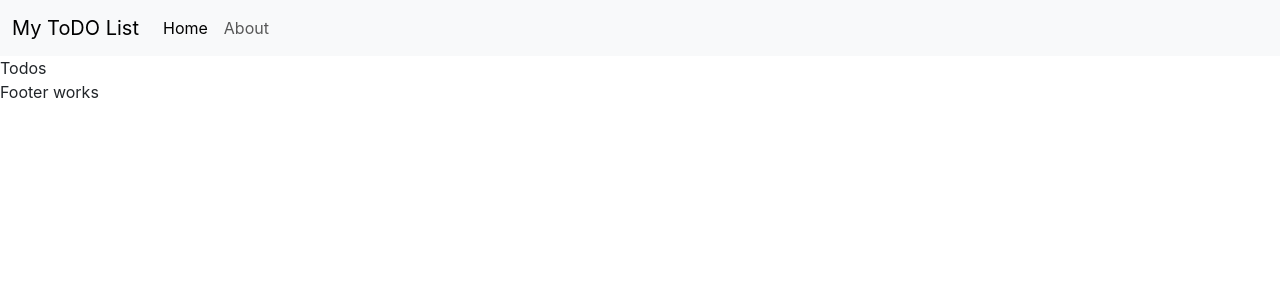
Repository: AshwinUgale/ToDoList
Page: /
These files come from the project's save history. The page is drawn as it stood at one moment and after the next save; the edit follows.
The browser window is 1280 px wide. The pictures show the whole page.
The project was rebuilt for these pictures with package versions that can differ from the ones it lists, and the page was loaded fresh each time. Also part of the build but not shown: src/App.css.

Above is the page before, as saved 2024-12-20 22:59:37.

### public/index.html
<!DOCTYPE html>
<html lang="en">
  <head>
    <meta charset="utf-8" />
    <link rel="icon" href="%PUBLIC_URL%/favicon.ico" />
    <meta name="viewport" content="width=device-width, initial-scale=1" />
    <meta name="theme-color" content="#000000" />
    <meta
      name="description"
      content="Web site created using create-react-app"
    />
    <link rel="apple-touch-icon" href="%PUBLIC_URL%/logo192.png" />

    <link rel="manifest" href="%PUBLIC_URL%/manifest.json" />
    <link href="https://cdn.jsdelivr.net/npm/bootstrap@5.3.3/dist/css/bootstrap.min.css" rel="stylesheet" integrity="sha384-QWTKZyjpPEjISv5WaRU9OFeRpok6YctnYmDr5pNlyT2bRjXh0JMhjY6hW+ALEwIH" crossorigin="anonymous">
    <title>Todos List</title>
  </head>
  <body>
    <noscript>You need to enable JavaScript to run this app.</noscript>
    <div id="root"></div>


  </body>
  <script src="https://cdn.jsdelivr.net/npm/bootstrap@5.3.3/dist/js/bootstrap.bundle.min.js" integrity="sha384-YvpcrYf0tY3lHB60NNkmXc5s9fDVZLESaAA55NDzOxhy9GkcIdslK1eN7N6jIeHz" crossorigin="anonymous"></script>
</html>

### src/App.js

import './App.css';
import Header from './MyComponents/Header';
import {Footer} from "./MyComponents/Footer";
import {Todos} from "./MyComponents/Todos";

function App() {
  return (
    <>
    <Header title="My ToDO List" searchBar={false}/>
    <Todos/>
    <Footer/>
    </>
  );
}

export default App;

### src/MyComponents/Header.js
import React from 'react';
import PropTypes from 'prop-types';
export default function Header({ title = "Your Title Here", searchBar = true }) {
    console.log("Props received in Header:", {title,searchBar});
  return (
    <nav className="navbar navbar-expand-lg bg-body-tertiary">
      <div className="container-fluid">
        <a className="navbar-brand" href="#">{title}</a>
        <button
          className="navbar-toggler"
          type="button"
          data-bs-toggle="collapse"
          data-bs-target="#navbarSupportedContent"
          aria-controls="navbarSupportedContent"
          aria-expanded="false"
          aria-label="Toggle navigation"
        >
          <span className="navbar-toggler-icon"></span>
        </button>
        <div className="collapse navbar-collapse" id="navbarSupportedContent">
          <ul className="navbar-nav me-auto mb-2 mb-lg-0">
            <li className="nav-item">
              <a className="nav-link active" aria-current="page" href="#">Home</a>
            </li>
            <li className="nav-item">
              <a className="nav-link" href="#">About</a>
            </li>

          </ul>
          {searchBar?<form className="d-flex" role="search">
            <input
              className="form-control me-2"
              type="search"
              placeholder="Search"
              aria-label="Search"
            />
            <button className="btn btn-outline-success" type="submit">
              Search
            </button>
          </form>:""}
        </div>
      </div>
    </nav>
  )
}

Header.defaultProps ={
    title: "Your Title Here",
    searchBar: true
}

Header.propTypes = {
    title: PropTypes.string,
    searchBar: PropTypes.bool,
  };

### src/MyComponents/Footer.js
import React from 'react'

export const Footer = () => {
  return (
    <div>
        Footer works
    </div>
  )
}

### src/MyComponents/Todos.js
import React from 'react'

export const Todos = () => {
  return (
    <div>
        Todos
    </div>
  )
}

Loaded but not shown: src/index.js (common file); src/index.css (common file); src/reportWebVitals.js (common file)

After the next save:
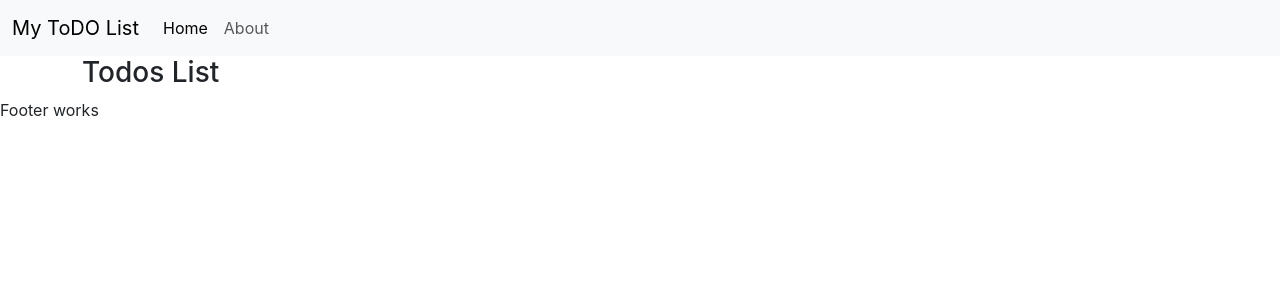
Saved 11 h 25 min later.
--- a/src/MyComponents/Todos.js
+++ b/src/MyComponents/Todos.js
@@ -2,8 +2,8 @@ import React from 'react'
 
 export const Todos = () => {
   return (
-    <div>
-        Todos
+    <div className="container">
+        <h3>Todos List</h3>
     </div>
   )
 }
